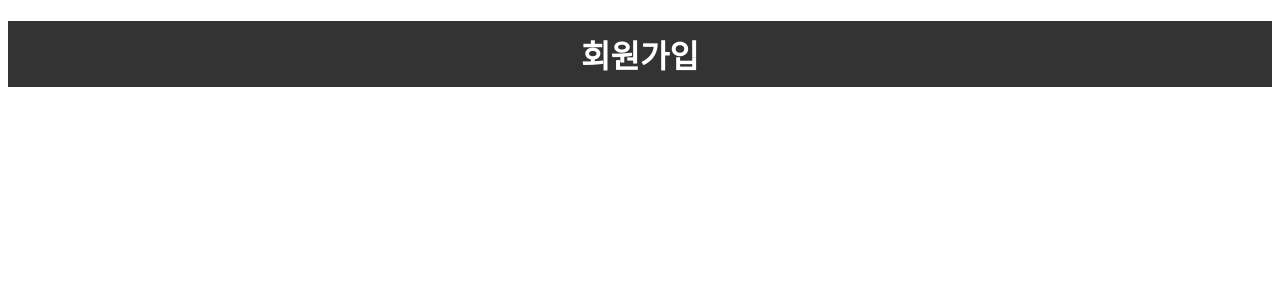
Repository: hiiiiiilim/Servlet-JSP-Workspace
Page: http://localhost/join/register.jsp
An editor plug-in stored every save of this project. The page is shown before and after the next save, followed by the edit.
The browser window is 1280 px wide. The pictures show the whole page.
The page is served by Tomcat 9. Other server files are loaded and not shown.

Above is the page before, as saved 2023-11-07 01:34:05.

### join/src/main/webapp/register.jsp
<%@ page language="java" contentType="text/html; charset=EUC-KR"
    pageEncoding="EUC-KR"%>
<!DOCTYPE html>
<html>
<head>
<meta charset="EUC-KR">
<title>Insert title here</title>
	<link rel="stylesheet" type="text/css" href="styles.css">
</head>
<body>
<h1>회원가입</h1>
<form action=""></form>
</body>
</html>

### join/src/main/webapp/styles.css

h1 {
	background-color: #333;
	color:#fff;
	padding : 10px;
	text-align:center;
}

After the next save:
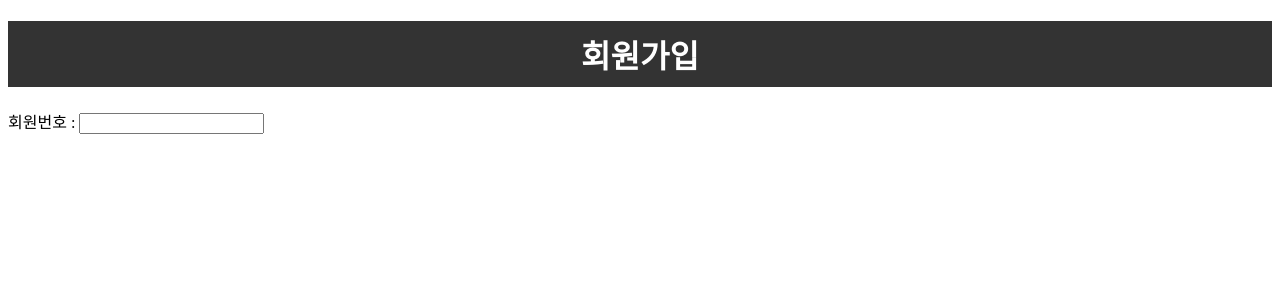
Saved 3 min 44 s later.
--- a/join/src/main/webapp/register.jsp
+++ b/join/src/main/webapp/register.jsp
@@ -9,6 +9,9 @@
 </head>
 <body>
 <h1>회원가입</h1>
-<form action=""></form>
+<form action="RegisterServlet" method="post">
+	<label for = "mno">회원번호 :</label>
+	<input type="text" id="mno" name = "mno" required>
+</form>
 </body>
 </html>
